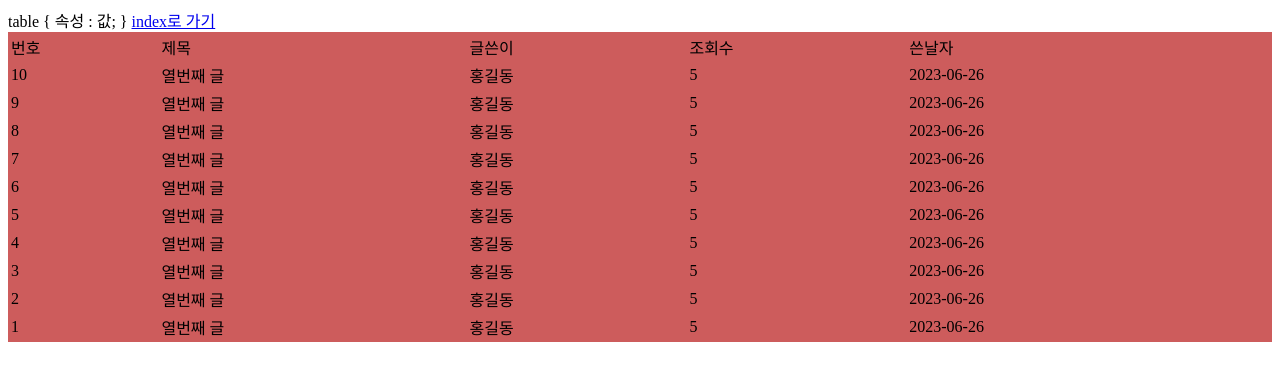
Repository: popll1/Pleiades
Page: http://localhost/jun261/main.jsp
These files come from the project's save history. The page is drawn as it stood at one moment and after the next save; the edit follows.
The browser window is 1280 px wide. The pictures show the whole page.
The page is served by Tomcat 9.

Above is the page before, as saved 2023-06-26 06:17:36.

After the next save:
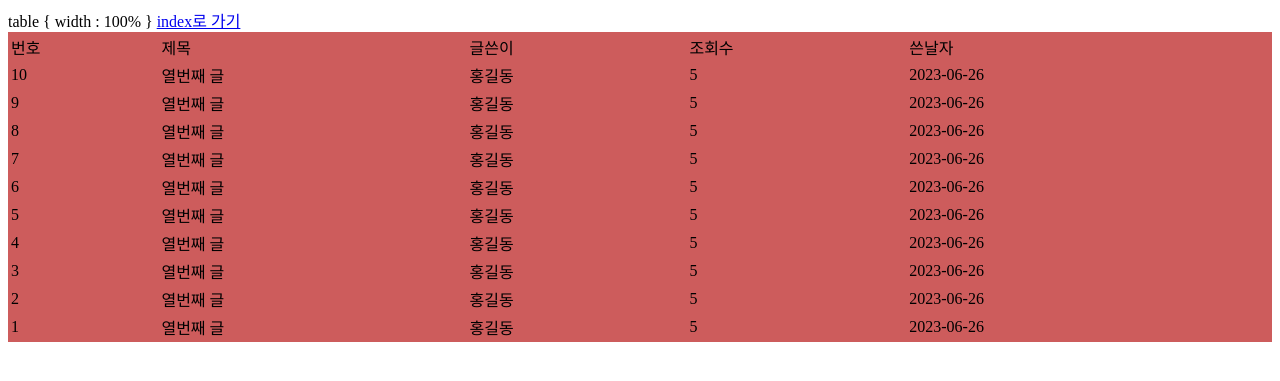
Saved 13 s later.
--- a/jun261/src/main/webapp/main.jsp
+++ b/jun261/src/main/webapp/main.jsp
@@ -7,7 +7,7 @@
 <title>main</title>
 <style type="text/css"></style>
 table {
-속성 : 값;
+width : 100%
 }
 </head>
 <body>
